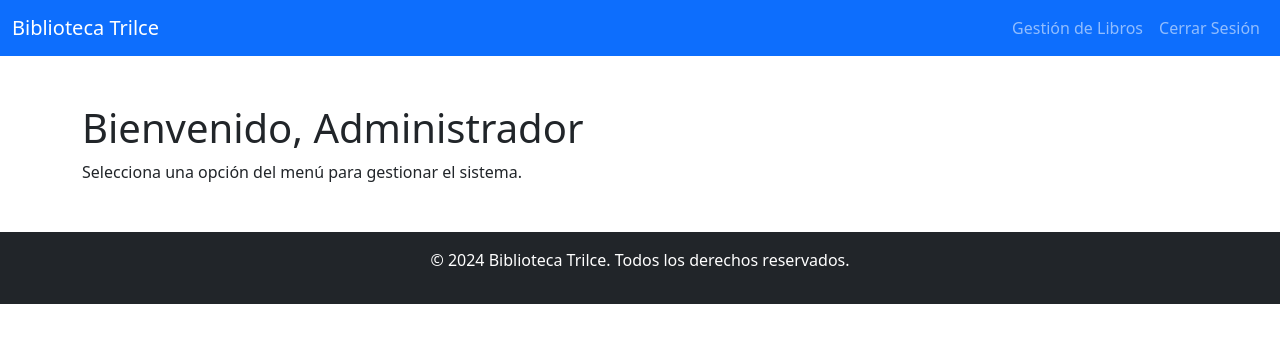
Repository: maycky02/Bibloteca_integrador
Page: http://localhost/admin/dashboard
These files come from the project's save history. The page is drawn as it stood at one moment and after the next save; the edit follows.
The browser window is 1280 px wide. The pictures show the whole page.
The page is this project's Thymeleaf template; nobody is signed in. The template is opened directly, without the code that normally fills it, so the values that code supplies are empty.

Above is the page before, as saved 2024-11-29 03:11:39.

After the next save:
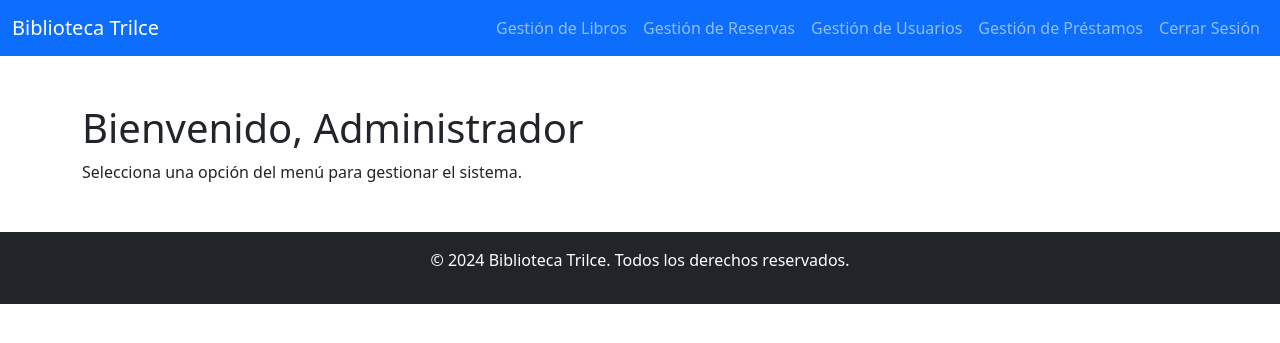
Saved 62 s later.
--- a/Bibloteca/src/main/resources/templates/admin/dashboard.html
+++ b/Bibloteca/src/main/resources/templates/admin/dashboard.html
@@ -19,6 +19,15 @@
                         <a class="nav-link" href="/admin/libros">Gestión de Libros</a>
                     </li>
                     <li class="nav-item">
+                        <a class="nav-link" href="/admin/reservas">Gestión de Reservas</a>
+                    </li>
+                    <li class="nav-item">
+                        <a class="nav-link" href="/admin/usuarios">Gestión de Usuarios</a>
+                    </li>
+                    <li class="nav-item">
+                        <a class="nav-link" href="/admin/prestamos">Gestión de Préstamos</a>
+                    </li>
+                    <li class="nav-item">
                         <a class="nav-link" href="/logout">Cerrar Sesión</a>
                     </li>
                 </ul>
